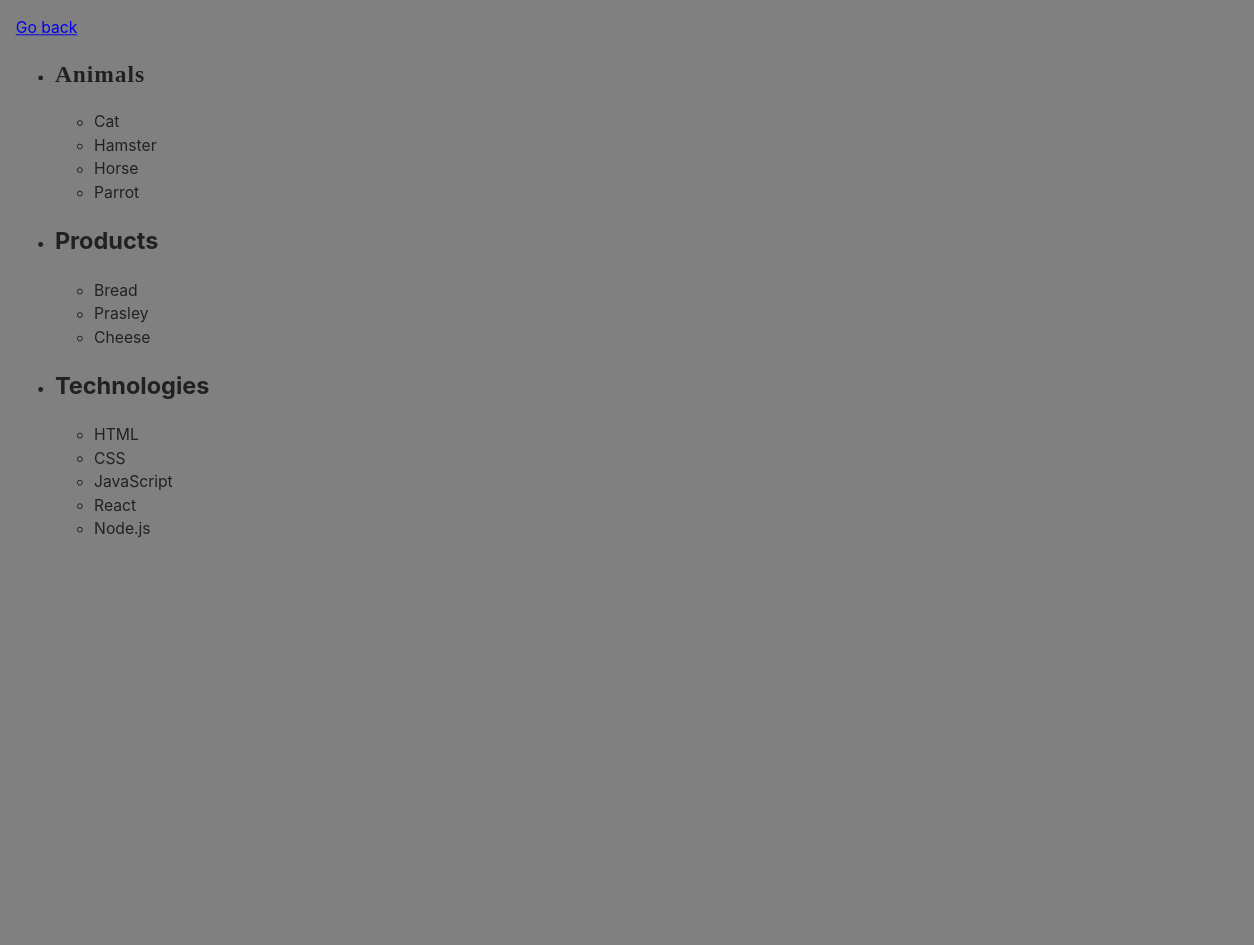
Repository: ViacheslavParfenenko/goit-js-hw-07
Page: task-1.html
An editor plug-in stored every save of this project. The page is shown before and after the next save, followed by the edit.
The browser window is 1280 px wide. The pictures show the whole page, at 98% of full size.

Above is the page before, as saved 2024-07-09 17:02:12.

### task-1.html
<!DOCTYPE html>
<html lang="en">
  <head>
    <meta charset="UTF-8" />
    <meta http-equiv="X-UA-Compatible" content="IE=edge" />
    <meta name="viewport" content="width=device-width, initial-scale=1.0" />
    <title>Task 1</title>
    <link rel="stylesheet" href="./css/common.css" />
  </head>
  <body>
    <p><a href="./index.html">Go back</a></p>

    <ul class="list" id="categories">
      <li class="item">
        <h2 class="item-name">Animals</h2>

        <ul>
          <li class="one-item-name">Cat</li>
          <li class="one-item-name">Hamster</li>
          <li class="one-item-name">Horse</li>
          <li class="one-item-name">Parrot</li>
        </ul>
      </li>
      <li class="item">
        <h2>Products</h2>

        <ul>
          <li>Bread</li>
          <li>Prasley</li>
          <li>Cheese</li>
        </ul>
      </li>
      <li class="item">
        <h2>Technologies</h2>

        <ul>
          <li>HTML</li>
          <li>CSS</li>
          <li>JavaScript</li>
          <li>React</li>
          <li>Node.js</li>
        </ul>
      </li>
    </ul>

    <script src="./js/task-1.js" type="module"></script>
  </body>
</html>

### css/common.css
* {
  box-sizing: border-box;
}

body {
  margin: 16px;
  font-family: -apple-system, BlinkMacSystemFont, 'Segoe UI', Roboto, Oxygen,
    Ubuntu, Cantarell, 'Open Sans', 'Helvetica Neue', sans-serif;
  -webkit-font-smoothing: antialiased;
  -moz-osx-font-smoothing: grayscale;
  background-color: gray;
  color: #212121;
  line-height: 1.5;
}

.list {

  width: 440px;
  height: 888px;;
  gap: 24px;
  border-radius: 8px 0px 0px 0px;



}

.item {

  flex: auto;
   width: 392;
   height: ;
}

.item-name {

font-family: Montserrat;
font-size: 24px;
font-weight: 600;
line-height: 32px;
letter-spacing: 0.04em;
text-align: left;


}

.one-item-name {


}

### js/task-1.js
const categoriesList = document.getElementById('categories');

const categoriesItems = categoriesList.querySelectorAll('li.item');

console.log(`Number of categories: ${categoriesItems.length}`);

categoriesItems.forEach(category => {
  const categoryTitle = category.querySelector('h2').textContent;
  const categoryItems = category.querySelectorAll('ul li').length;
  console.log(`Category: ${categoryTitle}`);
  console.log(`Elements: ${categoryItems}`);
});

const style = document.createElement('style');
style.textContent = `
  .categories {
    display: flex;
    flex-wrap:;
    gap: 10px;
    list-style: none;
    border: 1px;
    padding: 0;
    margin: 0;
  }
  .item {
    flex: 1 1 calc(33.333% - 10px);
    box-sizing: border-box;
  }

  }
`;

After the next save:
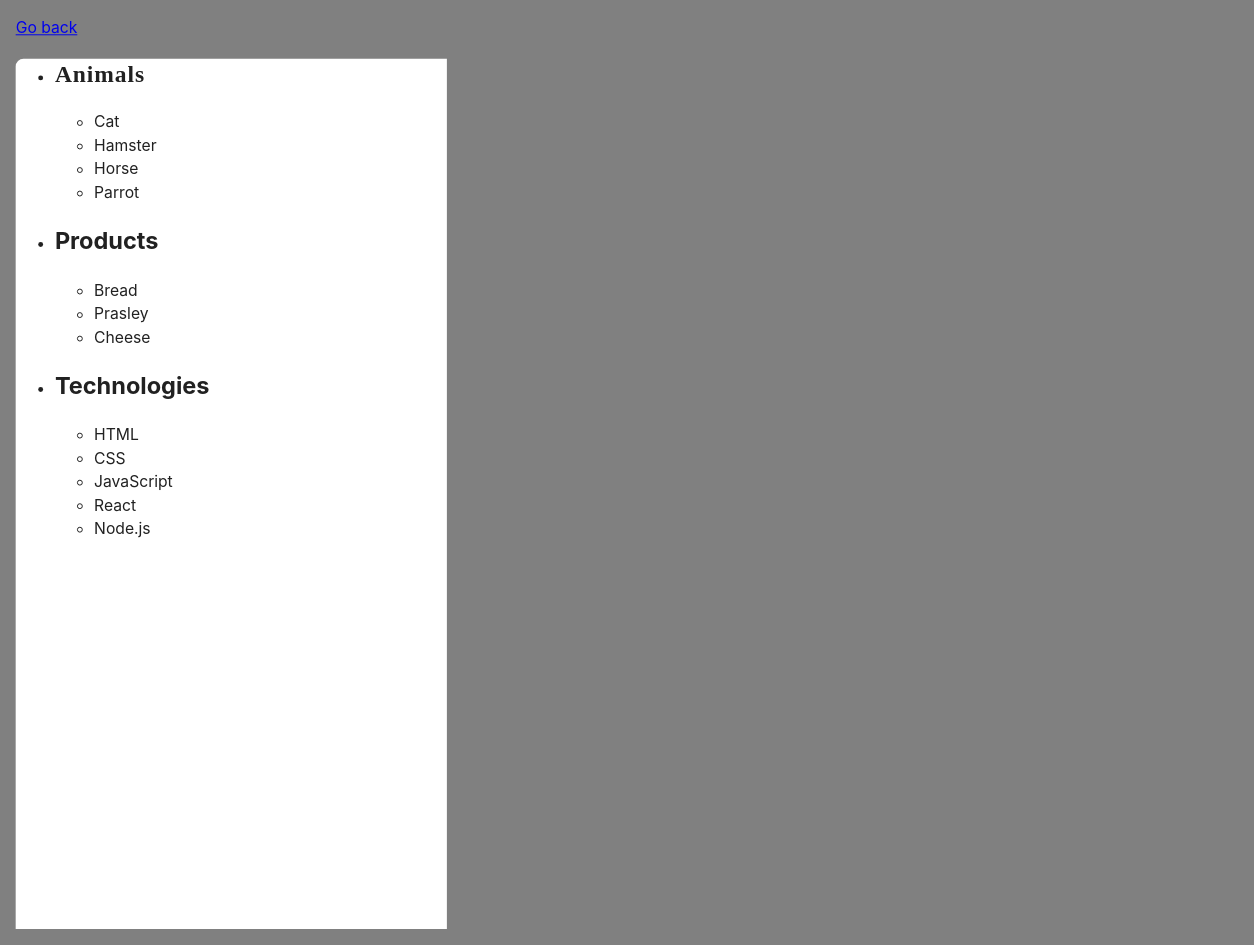
Saved 25 s later.
--- a/css/common.css
+++ b/css/common.css
@@ -14,7 +14,7 @@ body {
 }
 
 .list {
-
+  background-color: #fff;
   width: 440px;
   height: 888px;;
   gap: 24px;
